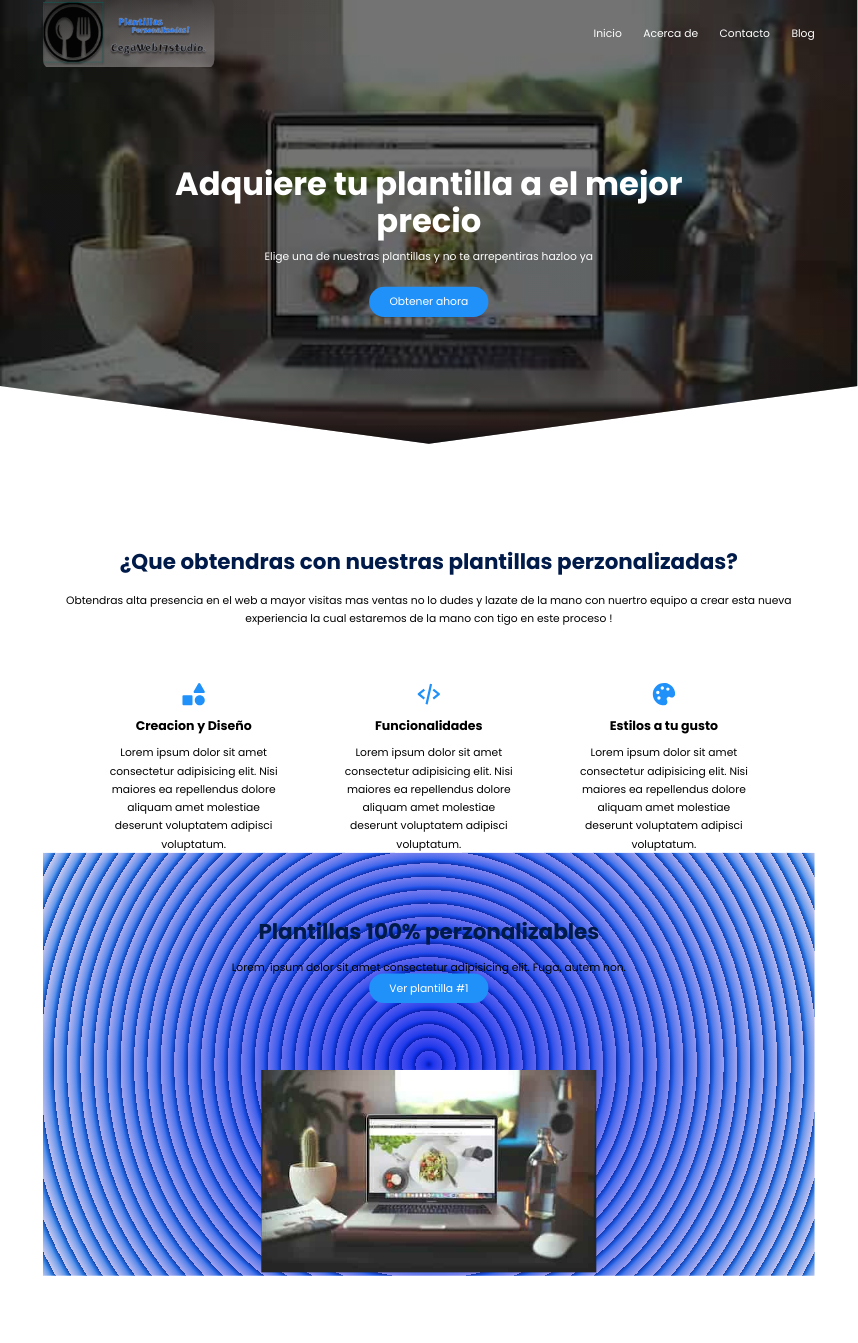
Repository: cega17/una-pagina-web
Page: index.html
An editor plug-in stored every save of this project. The page is shown before and after the next save, followed by the edit.
The browser window is 1280 px wide. The pictures show the whole page, at 67% of full size.

Above is the page before, as saved 2023-10-30 00:07:29.

### index.html
<!DOCTYPE html>
<html lang="en">
<head>
    <meta charset="UTF-8">
    <meta http-equiv="X-UA-Compatible" content="IE=edge">
    <meta name="viewport" content="width=device-width, initial-scale=1.0">
    <title>Una pagina web</title>
    <link rel="stylesheet" href="./css/normalize.css">
    <link rel="stylesheet" href="./css/styles.css">
    <link rel="icon" href="./imgs/logo.ico">
    <meta name="theme-color" content="#2091F9">

    <meta name="title" content="Obten la plantilla para tu negocio">
    <meta name="description"
        content="Hola, somos un equipo de desarrollo web que verás cuando busques algo de mi temática en Google.">
        <meta property="og:type" content="website">
    <meta property="og:url" content="Tu cueta donde este alojada la pagina web">

</head>
<body>

    <header class="hero">
        <nav class="nav container">
            <div class="nav__logo">
                <img src="./imgs/logo.ico" alt="" class="nav__title">
            </div>

            <ul class="nav__link nav__link--menu">
                <li class="nav__items">Inicio</li>
                <li class="nav__items">Acerca de</li>
                <li class="nav__items">Contacto</li>
                <li class="nav__items">Blog</li>

                <img src="./imgs/close.svg" alt="" class="nav__close">

            </ul>
            <div class="nav__menu">
                <img src="./imgs/menu.svg" alt="" class="nav__img">
            </div>
        </nav>

        <section class="hero__container container">
            <h1 class="hero__title">Adquiere tu plantilla a el mejor precio</h1>
            <p class="hero__paragraph">Elige una de nuestras plantillas y no te arrepentiras hazloo ya</p>
            <a href="#" class="cta">Obtener ahora</a>

        </section>

    </header>

    <main>

        <section class="container about">
            <h2 class="subtitle">¿Que obtendras con nuestras plantillas perzonalizadas?</h2>

            <p class="about__paragraph">Obtendras alta presencia en el web a mayor visitas mas ventas no lo dudes y lazate de la mano con nuertro equipo a crear esta nueva experiencia la cual estaremos de la mano con tigo en este proceso !
            </p>

            <div class="about__main">

                <article class="about__icons">
                    <img src="./imgs/shapes.svg" alt="" class="about__icon">
                    <h3 class="about__title">Creacion y Diseño</h3>
                    <p class="about__paragraph">Lorem ipsum dolor sit amet consectetur adipisicing elit. Nisi maiores ea repellendus dolore aliquam amet molestiae deserunt voluptatem adipisci voluptatum.</p>
                </article>

                <article class="about__icons">
                    <img src="./imgs/code.svg" alt="" class="about__icon">
                    <h3 class="about__title">Funcionalidades</h3>
                    <p class="about__paragraph">Lorem ipsum dolor sit amet consectetur adipisicing elit. Nisi maiores ea repellendus dolore aliquam amet molestiae deserunt voluptatem adipisci voluptatum.</p>
                </article>

                <article class="about__icons">
                    <img src="./imgs/paint.svg" alt="" class="about__icon">
                    <h3 class="about__title">Estilos a tu gusto </h3>
                    <p class="about__paragraph">Lorem ipsum dolor sit amet consectetur adipisicing elit. Nisi maiores ea repellendus dolore aliquam amet molestiae deserunt voluptatem adipisci voluptatum.</p>
                </article>

            </div>

            <section class="knowledge">
                <div class="knowledge__container container">
                    <div class="knowledge__texts">
                        <h2 class="subtitle">Plantillas 100% perzonalizables</h2>
                        <p class="knowledge__paragraph">Lorem, ipsum dolor sit amet consectetur adipisicing elit. Fuga, autem non.</p>
                        <a href="" class="cta">Ver plantilla #1</a>
                    </div>
                </div>
                <figure class="knowledge__picture">
                    <img src="./imgs/fondo-una-pagina.jpg" class="knowledge__img" alt="">

                </figure>
            </section>
        </section>
    </main>

</body>
</html>

### css/styles.css
@import url('https://fonts.googleapis.com/css2?family=Poppins:wght@300;400;600;700&display=swap');

:root {
    --padding-container: 100px 0;
    --color-title: #001A49;
}

body {
    font-family: 'Poppins', sans-serif;
}
.container{
    width: 90%;
    max-width: 1200px;
    margin: 0 auto;
    overflow: hidden;
    padding: var(--padding-container);
}

.hero{

    width: 100%;
    height: 100vh;
    min-height: 600px;
    max-height: 800px;
    position: relative;
    display: grid;
    grid-template-rows: 100px 1fr;
    color: #fff;
}

.hero::before{
    content: "";
    position: absolute;
    top: 0;
    left: 0;
    width: 100%;
    height: 100%;
    background-image: linear-gradient(180deg, #0000008c 0%, #0000008c 100%), url('../imgs/fondo-una-pagina.jpg');
    background-size: cover;
    clip-path: polygon(0 0, 100% 0, 100% 80%, 50% 92%, 0 80%);
    z-index: -1;
}

/* Inicio de nav*/

.nav{
    --padding-container:0;
    height: 100%;
    display:flex;
    align-items: center;
}
.nav__title{
    font-weight: 300;
}

.nav__link{
    margin-left: auto;
    padding: 0;
    display: grid;
    grid-auto-flow: column;
    grid-auto-columns: max-content;
    gap: 2em;
}
.nav__items{
    list-style: none;
}
.nav__links{
    color:#fff;
    text-decoration: none;
}
.nav__menu{
    margin-left: auto;
    cursor: pointer;
    display:none;
}
.nav__img{
    display: block;
    width: 30px;
}
.nav__close{
    display: var(--show, none);
}

/* fin de nav */

/* Inicio hero container */

.hero__container{
    max-width: 800px;
    --padding-container:0;
    display: grid;
    grid-auto-rows: max-content;
    align-content: center;
    gap: 1em;
    padding-bottom: 100px;
    text-align: center;
}
.nav__logo{
    background:linear-gradient(180deg, #4441418c 0%, #aeaaaa84 100%);
    border-radius:15px;


}
.hero__title{
    font-size: 3rem;

}
.hero__paragraph{
    margin-bottom: 20px;

}
.cta{
    display: inline-block;
    background-color: #2091f9;
    justify-self: center;
    color:#fff;
    text-decoration: none;
    padding:13px 30px ;
    border-radius: 32px;
}

/* Inicio about */

.about{
    text-align: center;
}
.subtitle{
    color: var( --color-title);
    font-size: 2rem;
    margin-bottom: 25px;
}
.about__paragraph{
    line-height: 1.7;
}
.about__main{
    padding-top: 80px;
    display: grid;
    width: 90%;
    margin: 0 auto;
    gap: 1em;
    overflow: hidden;
    grid-template-columns: repeat(auto-fit, minmax(260px, auto));
}
.about__icons{
    display: grid;
    gap: 1em;
    justify-items: center;
    width: 260px;
    overflow: hidden;
    margin: 0 auto;
}
.about__icon{
    width: 40px;
}

/* Fin about */

/* Inicio knowledge */

.knowledge{
    background-color: #e5e5f7;
    background-image: radial-gradient(circle at center center, #444cf7, #e5e5f7), repeating-radial-gradient(circle at center center, #1e5fba, #44a9f7, 10px, transparent 20px, transparent 10px);
    background-blend-mode: multiply;
    overflow: hidden;
}

### imgs/close.svg
<svg xmlns="http://www.w3.org/2000/svg" width="24" height="24" viewBox="0 0 24 24" style="fill: #fff);transform: ;msFilter:;"><path d="M12 2C6.486 2 2 6.486 2 12s4.486 10 10 10 10-4.486 10-10S17.514 2 12 2zm4.207 12.793-1.414 1.414L12 13.414l-2.793 2.793-1.414-1.414L10.586 12 7.793 9.207l1.414-1.414L12 10.586l2.793-2.793 1.414 1.414L13.414 12l2.793 2.793z"></path></svg>

### imgs/menu.svg
<svg xmlns="http://www.w3.org/2000/svg" width="24" height="24" viewBox="0 0 24 24" style="fill: #fff);transform: ;msFilter:;"><path d="M4 6h16v2H4zm4 5h12v2H8zm5 5h7v2h-7z"></path></svg>

### imgs/shapes.svg
<svg xmlns="http://www.w3.org/2000/svg" width="24" height="24" viewBox="0 0 24 24" style="fill: #2091f9;transform: ;msFilter:;"><path d="M17.867 2.504c-.355-.624-1.381-.623-1.736 0l-3.999 7A1 1 0 0 0 13 11h8a1.001 1.001 0 0 0 .868-1.496l-4.001-7zM3 22h7a1 1 0 0 0 1-1v-7a1 1 0 0 0-1-1H3a1 1 0 0 0-1 1v7a1 1 0 0 0 1 1zm14.5-9c-2.481 0-4.5 2.019-4.5 4.5s2.019 4.5 4.5 4.5 4.5-2.019 4.5-4.5-2.019-4.5-4.5-4.5z"></path></svg>

### imgs/code.svg
<svg xmlns="http://www.w3.org/2000/svg" width="24" height="24" viewBox="0 0 24 24" style="fill:  #2091f9;transform: ;msFilter:;"><path d="m7.375 16.781 1.25-1.562L4.601 12l4.024-3.219-1.25-1.562-5 4a1 1 0 0 0 0 1.562l5 4zm9.25-9.562-1.25 1.562L19.399 12l-4.024 3.219 1.25 1.562 5-4a1 1 0 0 0 0-1.562l-5-4zm-1.649-4.003-4 18-1.953-.434 4-18z"></path></svg>

### imgs/paint.svg
<svg xmlns="http://www.w3.org/2000/svg" width="24" height="24" viewBox="0 0 24 24" style="fill:  #2091f9;transform: ;msFilter:;"><path d="M9.38 21.646A9.985 9.985 0 0 0 12 22l.141-.001a2.998 2.998 0 0 0 2.515-1.425c.542-.876.6-1.953.153-2.88l-.198-.415c-.453-.942-.097-1.796.388-2.281.485-.485 1.341-.841 2.28-.388h.001l.413.199a2.99 2.99 0 0 0 2.881-.153A2.997 2.997 0 0 0 22 12.141a9.926 9.926 0 0 0-.353-2.76c-1.038-3.827-4.353-6.754-8.246-7.285-3.149-.427-6.241.602-8.471 2.833S1.666 10.247 2.096 13.4c.53 3.894 3.458 7.208 7.284 8.246zM15.5 6a1.5 1.5 0 1 1 0 3 1.5 1.5 0 0 1 0-3zm-5-1a1.5 1.5 0 1 1 0 3 1.5 1.5 0 0 1 0-3zM9 15.506a1.5 1.5 0 1 1-3 0 1.5 1.5 0 0 1 3 0zm-2.5-6.5a1.5 1.5 0 1 1-.001 3.001A1.5 1.5 0 0 1 6.5 9.006z"></path></svg>

Loaded but not shown: css/normalize.css (library)

After the next save:
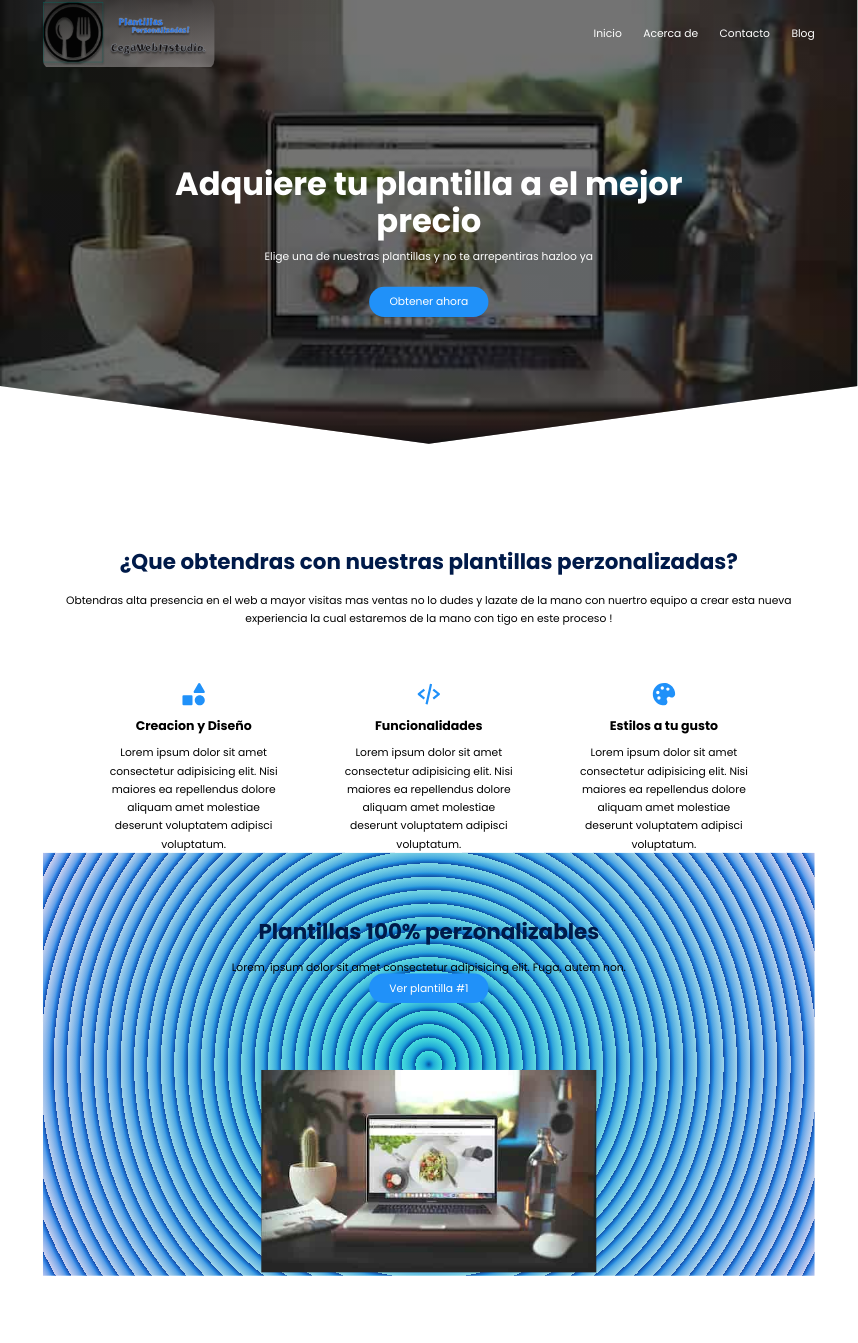
Saved 20 s later.
--- a/css/styles.css
+++ b/css/styles.css
@@ -159,7 +159,7 @@ body {
 
 .knowledge{
     background-color: #e5e5f7;
-    background-image: radial-gradient(circle at center center, #444cf7, #e5e5f7), repeating-radial-gradient(circle at center center, #1e5fba, #44a9f7, 10px, transparent 20px, transparent 10px);
+    background-image: radial-gradient(circle at center center, #44f7e2, #e5e5f7), repeating-radial-gradient(circle at center center, #1e5fba, #44a9f7, 10px, transparent 20px, transparent 10px);
     background-blend-mode: multiply;
     overflow: hidden;
 }
